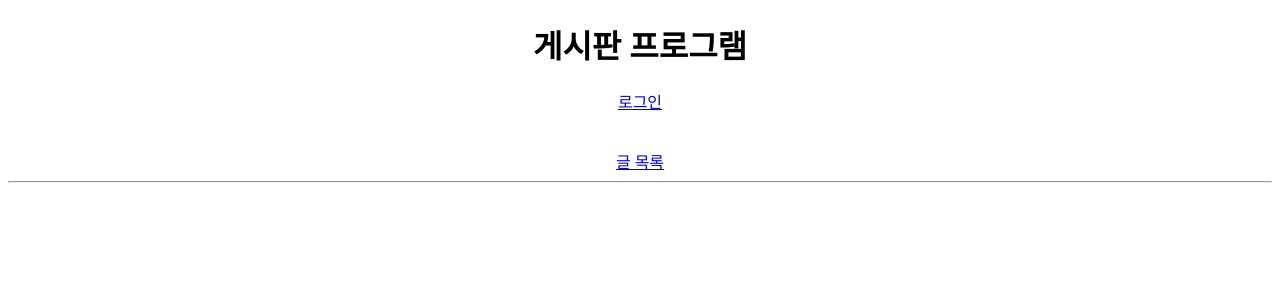
Repository: Ann4017/springworkspace
Page: http://localhost/BoardWeb2/
An editor plug-in stored every save of this project. The page is shown before and after the next save, followed by the edit.
The browser window is 1280 px wide. The pictures show the whole page.
The page is served by Tomcat 9.

Above is the page before, as saved 2023-12-06 08:35:22.

After the next save:
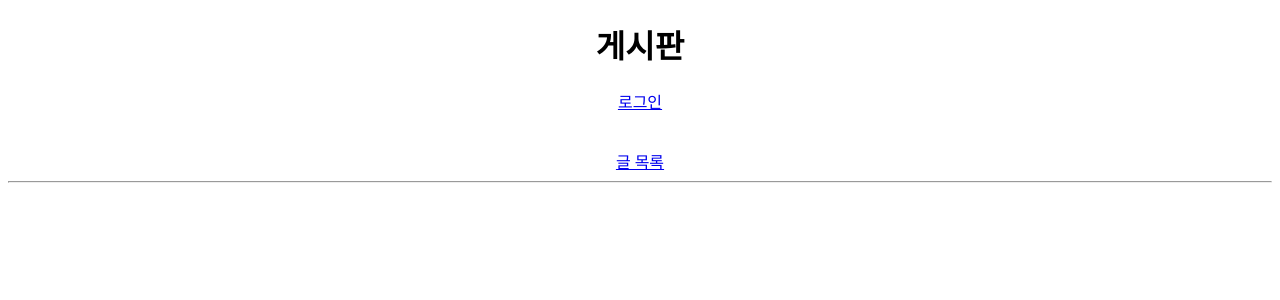
Saved 7 s later.
--- a/BoardWeb2/src/main/webapp/index.jsp
+++ b/BoardWeb2/src/main/webapp/index.jsp
@@ -8,7 +8,7 @@
 </head>
 <body>
 	<div align="center">
-		<h1>게시판 프로그램</h1>
+		<h1>게시판</h1>
 		<a href="Login.do">로그인</a><br> <br> <br>
 		<a href="GetBoardlist.do">글 목록</a>
 		<hr>
